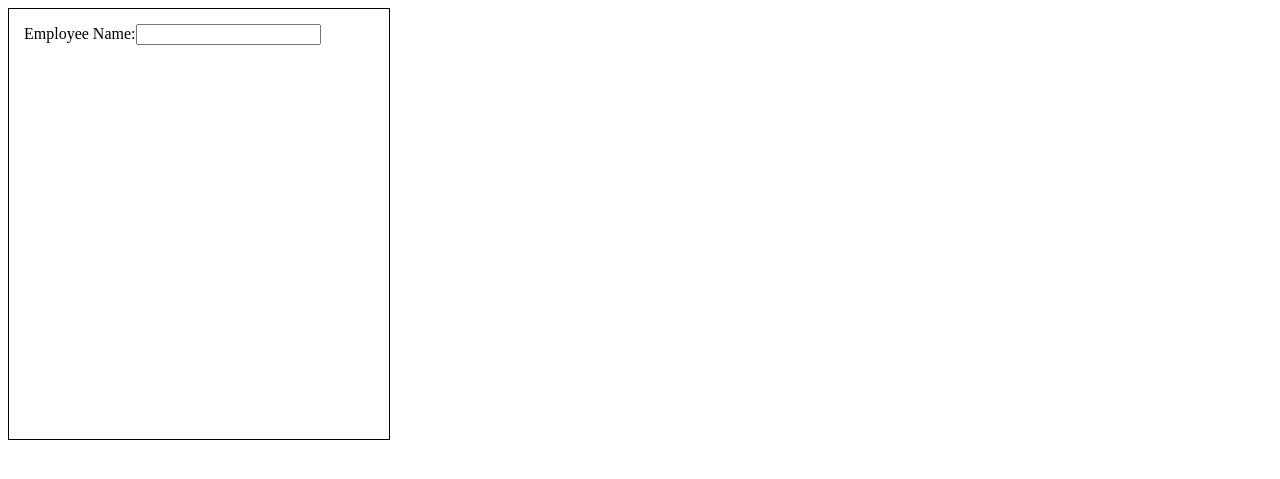
Repository: antonyraja1985/ServletEMS
Page: employee-management-service/src/main/webapp/signup.html
An editor plug-in stored every save of this project. The page is shown before and after the next save, followed by the edit.
The browser window is 1280 px wide. The pictures show the whole page.

Above is the page before, as saved 2024-05-25 06:33:45.

### employee-management-service/src/main/webapp/signup.html
<!DOCTYPE html>
<html>
<head>
<meta charset="UTF-8">
<title>Insert title here</title>
<style>
.formContainer{
border:1px solid black;

width:350px;

height:400px;

padding:15px
}
</style>

</head>
<body>

<div class="formContainer">
<form>

Employee Name:<input type="text" name="">

</form>

</div>

</body>
</html>

After the next save:
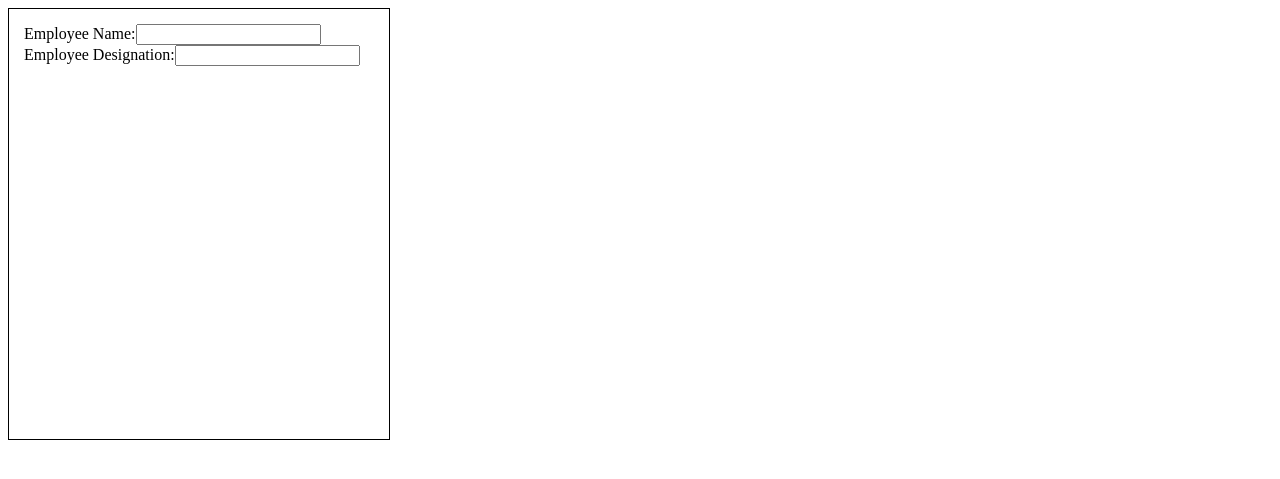
Saved 29 s later.
--- a/employee-management-service/src/main/webapp/signup.html
+++ b/employee-management-service/src/main/webapp/signup.html
@@ -22,6 +22,7 @@ padding:15px
 <form>
 
 Employee Name:<input type="text" name="">
+Employee Designation:<input type="text" name="">
 
 </form>
 
